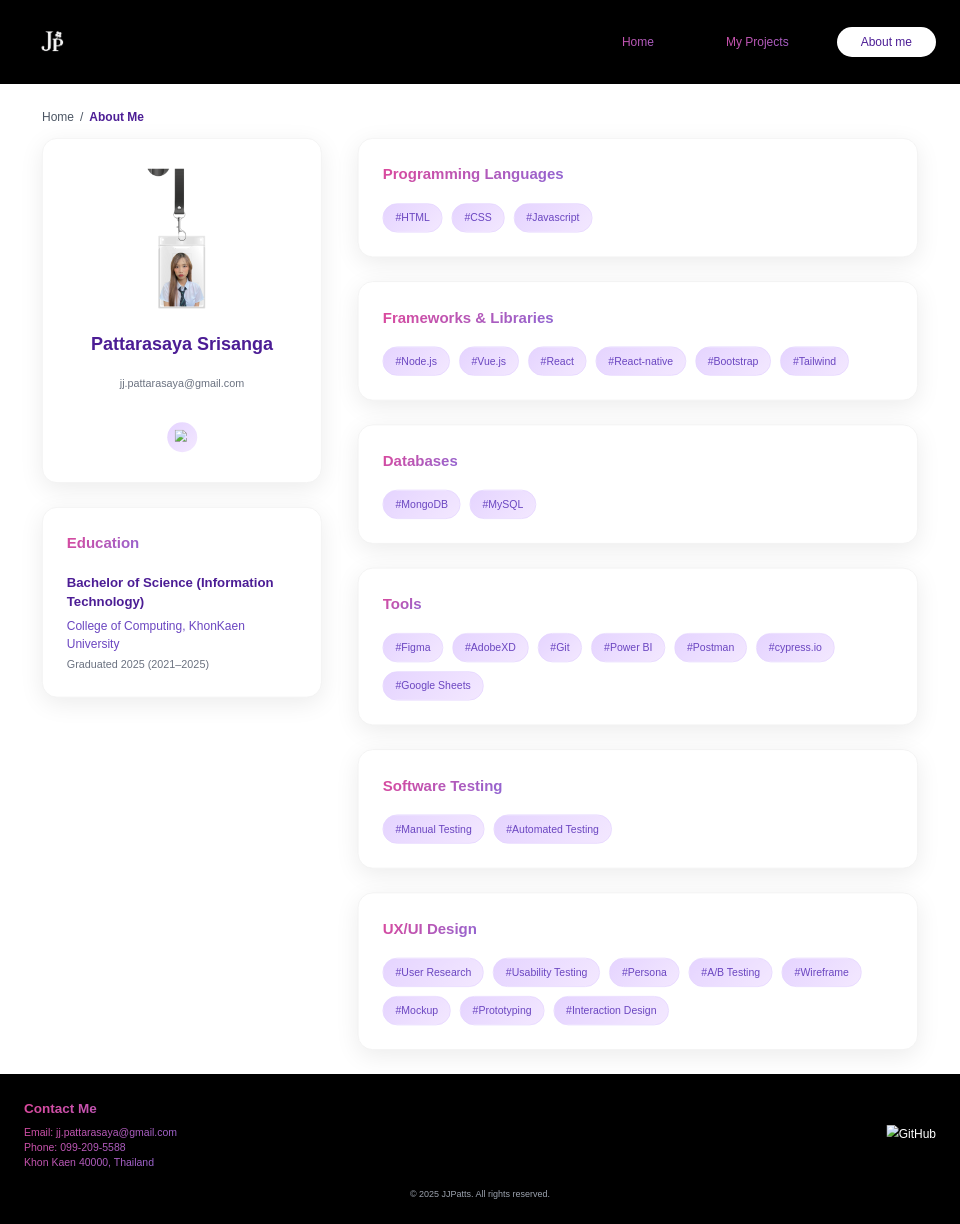
Repository: PattarasayaJJ/Portfolio-jjpatts
Page: /aboutme
These files come from the project's save history. The page is drawn as it stood at one moment and after the next save; the edit follows.
The browser window is 1280 px wide. The pictures show the whole page, at 75% of full size.
The project was rebuilt for these pictures with package versions that can differ from the ones it lists, and the page was loaded fresh each time. Also part of the build but not shown: vite.config.js, vite.config.ts, src/header.css, src/hero.css, src/components/Hero.jsx, src/projects.css, src/components/Works.jsx.

Above is the page before, as saved 2025-08-03 15:20:22.

### index.html
<!doctype html>
<html lang="en">
  <head>
    <meta charset="UTF-8" />
    <link rel="icon" type="image/svg+xml" href="/JPtab.png" />
    <meta name="viewport" content="width=device-width, initial-scale=1.0" />
    <title>JJPatts Portfolio</title>
  </head>
  <body>
    <div id="root"></div>
    <script type="module" src="/src/index.jsx"></script>
  </body>
</html>

### src/index.css
@import 'tailwindcss/base';
@import 'tailwindcss/components';
@import 'tailwindcss/utilities';
@import url('https://fonts.googleapis.com/css2?family=Kanit:wght@400;700&display=swap');

*{
   font-family: 'Kanit', sans-serif;

}

### src/App.jsx
import React from 'react';
import { BrowserRouter as Router, Routes, Route } from 'react-router-dom';
import { Header } from './components/Header';
import { Hero } from './components/Hero';
import { Works } from './components/Works';
import { Aboutme } from './components/Aboutme' ;
import { Footer } from './components/Footer';
export function App() {
  return (
    <Router>
      <div className="w-full min-h-screen bg-white">
        <Header />
        <main className="w-full">
          <Routes>
            <Route path="/" element={<><Hero /> </>} />
            <Route path="/works" element={<><Works /></>}/>
            <Route path="/aboutme" element={<Aboutme />} />


          </Routes>
        </main>
        <Footer />

      </div>
    </Router>
  );
}

### src/components/Header.jsx
import React, { useState } from 'react';
import { Link, useLocation } from 'react-router-dom';
import { MenuIcon, XIcon } from 'lucide-react';
import '../header.css';

export function Header() {
  const [isMenuOpen, setIsMenuOpen] = useState(false);
  const location = useLocation();

  const isActive = (path) => location.pathname === path;

  return (
    <header className="w-full bg-black py-4 px-8 relative">
      <div className="max-w-7xl mx-auto flex justify-between items-center">
        <Link to="/">
          <div className="flex items-center">
            <img src="/JP.png" alt="logo" className="w-20" />
          </div>
        </Link>

        <nav className="hidden md:flex space-x-8">
          <Link
            to="/"
            className={`font-medium px-8 py-2 rounded-full ${
              isActive('/') ? 'bg-white text-purple-600' : 'gradient-text'
            }`}
            style={isActive('/') ? { color: '#4c1d95' } : {}}
          >
            Home
          </Link>
          <Link
            to="/works"
            className={`font-medium px-8 py-2 rounded-full ${
              isActive('/works') ? 'bg-white text-purple-600' : 'gradient-text'
            }`}
            style={isActive('/works') ? { color: '#4c1d95' } : {}}
          >
            My Projects
          </Link>
          <Link
            to="/aboutme"
            className={`font-medium px-8 py-2 rounded-full ${
              isActive('/aboutme') ? 'bg-white text-purple-600' : 'gradient-text'
            }`}
            style={isActive('/aboutme') ? { color: '#4c1d95' } : {}}
          >
            About me
          </Link>
        </nav>

        <button className="md:hidden text-white" onClick={() => setIsMenuOpen(!isMenuOpen)}>
          {isMenuOpen ? <XIcon size={24} /> : <MenuIcon size={24} />}
        </button>
      </div>

      <div
        className={`
          fixed top-0 right-0 w-64 h-full bg-black z-50 transform transition-transform duration-300 ease-in-out
          ${isMenuOpen ? 'translate-x-0' : 'translate-x-full'}
          md:hidden
        `}
      >
        <div className="p-6">
          <button className="text-white mb-8" onClick={() => setIsMenuOpen(false)}>
            <XIcon size={24} />
          </button>
          <nav className="flex flex-col space-y-6">
            <Link
              to="/"
              className={`font-medium px-6 py-2 rounded-full block text-center ${
                isActive('/') ? 'bg-white text-purple-600' : 'gradient-text'
              }`}
              style={isActive('/') ? { color: '#4c1d95' } : {}}
              onClick={() => setIsMenuOpen(false)}
            >
              Home
            </Link>
            <Link
              to="/works"
              className={`font-medium px-6 py-2 rounded-full block text-center ${
                isActive('/works') ? 'bg-white text-purple-600' : 'gradient-text'
              }`}
              style={isActive('/works') ? { color: '#4c1d95' } : {}}
              onClick={() => setIsMenuOpen(false)}
            >
              My Projects
            </Link>
            <Link
              to="/aboutme"
              className={`font-medium px-6 py-2 rounded-full block text-center ${
                isActive('/aboutme') ? 'bg-white text-purple-600' : 'gradient-text'
              }`}
              style={isActive('/aboutme') ? { color: '#4c1d95' } : {}}
              onClick={() => setIsMenuOpen(false)}
            >
              About me
            </Link>
          </nav>
        </div>
      </div>

      {isMenuOpen && (
        <div
          className="fixed inset-0 bg-black bg-opacity-50 z-40 md:hidden"
          onClick={() => setIsMenuOpen(false)}
        />
      )}
    </header>
  );
}

### src/components/Aboutme.jsx
import React from 'react';
import '../aboutme.css';

export function Aboutme() {
  const skills = [
    { name: '#HTML', type: 'tool' },
    { name: '#CSS', type: 'tool' },
    { name: '#Javascript', type: 'tool' },
  ];

  const frame = [
    { name: '#Node.js', type: 'tool' },
    { name: '#Vue.js', type: 'tool' },
    { name: '#React', type: 'tool' },
    { name: '#React-native', type: 'tool' },
    { name: '#Bootstrap', type: 'tool' },
    { name: '#Tailwind', type: 'tool' },
  ];

  const database = [
    { name: '#MongoDB', type: 'tool' },
    { name: '#MySQL', type: 'tool' },
  ];

  const tools = [
    { name: '#Figma', type: 'tool' },
    { name: '#AdobeXD', type: 'tool' },
    { name: '#Git', type: 'tool' },
    { name: '#Power BI', type: 'tool' },
    { name: '#Postman', type: 'tool' },
    { name: '#cypress.io', type: 'tool' },
    { name: '#Google Sheets', type: 'tool' },
  ];

  const uxui = [
    { name: '#User Research', type: 'ux' },
    { name: '#Usability Testing', type: 'ux' },
    { name: '#Persona', type: 'ux' },
    { name: '#A/B Testing', type: 'ux' },
    { name: '#Wireframe', type: 'ux' },
    { name: '#Mockup', type: 'ux' },
    { name: '#Prototyping', type: 'ux' },
    { name: '#Interaction Design', type: 'ux' },
  ];

  const tester = [
    { name: '#Manual Testing', type: 'ux' },
    { name: '#Automated Testing', type: 'ux' },
  ];

  return (
    <div className="about-container">
      <nav className="breadcrumb">
        <a href="/" className="breadcrumb-link">
          Home
        </a>
        <span className="breadcrumb-separator">/</span>
        <span className="breadcrumb-current">About Me</span>
      </nav>

      <div className="about-content">
        {/* Profile Section */}
        <div className="profile-section">
          <div className="profile-card">
            <div className="avatar-container">
              <div className="avatar-wrapper">
                <img
                  src="/nongjj.png"
                  alt="Profile"
                  className="avatar-img"
                />
              </div>
              <h2 className="profile-name">Pattarasaya Srisanga</h2>
              <p className="email">jj.pattarasaya@gmail.com</p>

              <div className="social-icons">
                <a href="https://github.com/PattarasayaJJ" target="_blank" rel="noopener noreferrer" className="social-link">
                  <img src="https://github.githubassets.com/favicons/favicon.png" alt="GitHub" />
                </a>
              </div>
            </div>
          </div>

          {/* Education Section */}
          <div className="education-card">
            <h3 className="section-title">
              <span className="gradient-text">Education</span>
            </h3>
            <div className="education-content">
              <h4 className="degree">Bachelor of Science (Information Technology)</h4>
              <p className="university">College of Computing, KhonKaen University</p>
              <p className="graduation">Graduated 2025 (2021–2025)</p>
            </div>
          </div>
        </div>

        {/* Skills Section */}
        <div className="skills-section">
          <div className="skills-grid">
            {/* Programming Languages */}
            <div className="skill-category">
              <h3 className="category-title">
                <span className="gradient-text">Programming Languages</span>
              </h3>
              <div className="skills-list">
                {skills.map((skill, index) => (
                  <span className="skill-tag" key={index}>
                    {skill.name}
                  </span>
                ))}
              </div>
            </div>

            {/* Frameworks & Libraries */}
            <div className="skill-category">
              <h3 className="category-title">
                <span className="gradient-text">Frameworks & Libraries</span>
              </h3>
              <div className="skills-list">
                {frame.map((skill, index) => (
                  <span className="skill-tag" key={index}>
                    {skill.name}
                  </span>
                ))}
              </div>
            </div>

            {/* Databases */}
            <div className="skill-category">
              <h3 className="category-title">
                <span className="gradient-text">Databases</span>
              </h3>
              <div className="skills-list">
                {database.map((skill, index) => (
                  <span className="skill-tag" key={index}>
                    {skill.name}
                  </span>
                ))}
              </div>
            </div>

            {/* Tools */}
            <div className="skill-category">
              <h3 className="category-title">
                <span className="gradient-text">Tools</span>
              </h3>
              <div className="skills-list">
                {tools.map((skill, index) => (
                  <span className="skill-tag" key={index}>
                    {skill.name}
                  </span>
                ))}
              </div>
            </div>

            {/* Software Testing */}
            <div className="skill-category">
              <h3 className="category-title">
                <span className="gradient-text">Software Testing</span>
              </h3>
              <div className="skills-list">
                {tester.map((skill, index) => (
                  <span className="skill-tag" key={index}>
                    {skill.name}
                  </span>
                ))}
              </div>
            </div>

            {/* UX/UI Design */}
            <div className="skill-category">
              <h3 className="category-title">
                <span className="gradient-text">UX/UI Design</span>
              </h3>
              <div className="skills-list">
                {uxui.map((skill, index) => (
                  <span className="skill-tag" key={index}>
                    {skill.name}
                  </span>
                ))}
              </div>
            </div>
          </div>
        </div>
      </div>
    </div>
  );
}

### src/components/Footer.jsx
import React from 'react';

export function Footer() {
  return (
    <footer className="w-full bg-black text-white py-8 px-8">
  <div className="max-w-7xl mx-auto flex flex-col md:flex-row justify-between items-center space-y-6 md:space-y-0">

        <div className="text-center md:text-left gradient-text ">
          <h2 className="text-lg font-semibold">Contact Me</h2>
          <p className="text-sm mt-2">Email: jj.pattarasaya@gmail.com</p>
          <p className="text-sm">Phone: 099-209-5588</p>
          <p className="text-sm">Khon Kaen 40000, Thailand</p>

        </div>

        <div className="flex space-x-4 ">
        <a href="https://github.com/PattarasayaJJ" target="_blank" rel="noopener noreferrer">
        <img src="https://github.githubassets.com/favicons/favicon.png" alt="GitHub" />

  </a>

        </div>
      </div>

      <div className="text-center text-xs text-gray-400 mt-6 ">
        © {new Date().getFullYear()} JJPatts. All rights reserved.
      </div>
    </footer>
  );
}

### src/work.css
.projects-section {
  width: 100%;
  max-width: 1200px;
  margin: 0 auto;
  padding: 2rem 1rem;
  background-color: #ffffff;
}

.projects-container {
  display: flex;
  flex-direction: column;
  gap: 3rem;
}

.breadcrumb {
  margin-bottom: 2rem;
  font-size: 0.9rem;
  color: #666;
}

.breadcrumb-link {
  color: #666;
  text-decoration: none;
}

.breadcrumb-link:hover {
  color: #333;
}

.breadcrumb-separator {
  margin: 0 0.5rem;
}

.breadcrumb-current {
  color: #333;
  font-weight: 500;
}

.final-project-text {
  text-align: left;
}

.project-title {
  font-size: 2rem;
  font-weight: 700;
  color: #DD489B;
  margin: 0;
  list-style: none;
}

.project-title li {
  list-style: none;
}

.gradient-text {
  background: linear-gradient(135deg, #DD489B, #9067D3);
  -webkit-background-clip: text;
  -webkit-text-fill-color: transparent;
  background-clip: text;
}

/* Project Card */
.project-card {
  background: #ffffff;
  border-radius: 20px;
  padding: 3rem;
  box-shadow: 0 8px 32px rgba(0, 0, 0, 0.08);
  border: 1px solid #f0f0f0;
  display: flex;
  flex-direction: column;
  gap: 2rem;
}

/* Project Images */
.project-images {
  display: flex;
  justify-content: center;
  gap: 2rem;
  margin-bottom: 1rem;
}

.project-images.single {
  justify-content: center;
}

.project-images.single .project-image {
  max-width: 600px;
}

.project-image {
  max-width: 400px;
  width: 100%;
  height: auto;
  border-radius: 12px;
  box-shadow: 0 8px 24px rgba(0, 0, 0, 0.12);
  transition: transform 0.3s ease, box-shadow 0.3s ease;
}

.project-image:hover {
  transform: translateY(-4px);
  box-shadow: 0 12px 32px rgba(0, 0, 0, 0.16);
}

/* Project Content */
.project-content {
  text-align: center;
  display: flex;
  flex-direction: column;
  gap: 1.5rem;
}

.project-name {
  font-size: 1.25rem;
  line-height: 1.6;
  color: #4c1d95;
  margin: 0;
  font-weight: 400;
}

.highlight {
  font-weight: 700;
  color: #6b46c1;
}

/* Skills List */
.skills-list {
  display: flex;
  flex-wrap: wrap;
  gap: 0.75rem;
  margin-top: 1rem;
}

.skill-tag {
  background: linear-gradient(135deg, #e5d4ff, #f3e8ff);
  color: #6b46c1;
  padding: 0.5rem 1rem;
  border-radius: 20px;
  font-size: 0.875rem;
  font-weight: 500;
  border: 1px solid #e5d4ff;
  transition: all 0.3s ease;
}

.skill-tag:hover {
  background: linear-gradient(135deg, #ddd6fe, #e5d4ff);
  transform: translateY(-2px);
  box-shadow: 0 4px 12px rgba(107, 70, 193, 0.2);
}

/* Responsive Design */
@media (max-width: 1024px) {
  .project-images {
    gap: 1.5rem;
  }

  .project-image {
    max-width: 350px;
  }
}

@media (max-width: 768px) {
  .projects-section {
    padding: 1.5rem 1rem;
  }

  .project-card {
    padding: 2rem 1.5rem;
  }

  .project-images {
    flex-direction: column;
    align-items: center;
    gap: 1.5rem;
  }

  .project-image {
    max-width: 100%;
    width: 100%;
  }

  .project-images.single .project-image {
    max-width: 100%;
  }

  .project-title {
    font-size: 1.5rem;
  }

  .project-name {
    font-size: 1.1rem;
    text-align: left;
  }

  .skills-list {
    justify-content: flex-start;
  }
}

@media (max-width: 480px) {
  .project-card {
    padding: 1.5rem 1rem;
  }

  .project-name {
    font-size: 1rem;
  }

  .skill-tag {
    font-size: 0.75rem;
    padding: 0.4rem 0.8rem;
  }
}

### src/aboutme.css
.about-container {
  max-width: 1200px;
  margin: 0 auto;
  padding: 2rem 1rem;
  background-color: #ffffff;
}

/* Breadcrumb */
.breadcrumb {
  margin-bottom: 1rem;
  font-size: 1rem;
  color: #4B5563;
  display: flex;
  align-items: center;
}

.breadcrumb-link {
  color: #4B5563;
  text-decoration: none;
}

.breadcrumb-link:hover {
  text-decoration: underline;
}


.breadcrumb-separator {
  margin: 0 0.5rem;
}

.breadcrumb-current {
  font-weight: bold;
  color: #4c1d95;
}

/* Main Content Layout */
.about-content {
  display: grid;
  grid-template-columns: 1fr 2fr;
  gap: 3rem;
  align-items: start;
}

/* Profile Section */
.profile-section {
  display: flex;
  flex-direction: column;
  gap: 2rem;
}

.profile-card {
  background: #ffffff;
  border-radius: 20px;
  padding: 2.5rem;
  box-shadow: 0 8px 32px rgba(0, 0, 0, 0.08);
  border: 1px solid #f0f0f0;
  text-align: center;
}

.avatar-container {
  display: flex;
  flex-direction: column;
  align-items: center;
  gap: 1rem;
}

.avatar-wrapper {
  width: 200px;
  height: 200px;
  transition: transform 0.3s ease;
}

.avatar-wrapper:hover {
  transform: scale(1.05);
}

.avatar-img {
  width: 100%;
  height: 100%;
  object-fit: contain;
}

.profile-name {
  font-size: 1.5rem;
  font-weight: 700;
  color: #4c1d95;
  margin: 0;
}

.profile-title {
  font-size: 1rem;
  color: #6b46c1;
  margin: 0;
  font-weight: 500;
}

.email {
  font-size: 0.9rem;
  color: #6b7280;
  margin: 0.5rem 0;
}

.social-icons {
  display: flex;
  justify-content: center;
  gap: 1rem;
  margin-top: 1rem;
}

.social-link {
  display: flex;
  align-items: center;
  justify-content: center;
  width: 40px;
  height: 40px;
  background: linear-gradient(135deg, #e5d4ff, #f3e8ff);
  border-radius: 50%;
  transition: all 0.3s ease;
}

.social-link:hover {
  background: linear-gradient(135deg, #ddd6fe, #e5d4ff);
  transform: translateY(-2px);
  box-shadow: 0 4px 12px rgba(107, 70, 193, 0.3);
}

.social-icons img {
  width: 20px;
  height: 20px;
}

/* Education Card */
.education-card {
  background: #ffffff;
  border-radius: 20px;
  padding: 2rem;
  box-shadow: 0 8px 32px rgba(0, 0, 0, 0.08);
  border: 1px solid #f0f0f0;
}

.education-content {
  margin-top: 1rem;
}

.degree {
  font-size: 1.1rem;
  font-weight: 600;
  color: #4c1d95;
  margin: 0 0 0.5rem 0;
}

.university {
  font-size: 1rem;
  color: #6b46c1;
  margin: 0 0 0.25rem 0;
}

.graduation {
  font-size: 0.9rem;
  color: #6b7280;
  margin: 0;
}

/* Skills Section */
.skills-section {
  display: flex;
  flex-direction: column;
}

.skills-grid {
  display: grid;
  grid-template-columns: 1fr;
  gap: 2rem;
}

.skill-category {
  background: #ffffff;
  border-radius: 20px;
  padding: 2rem;
  box-shadow: 0 8px 32px rgba(0, 0, 0, 0.08);
  border: 1px solid #f0f0f0;
}

.section-title,
.category-title {
  font-size: 1.25rem;
  font-weight: 600;
  margin: 0 0 1.5rem 0;
  display: flex;
  align-items: center;
}

.gradient-text {
  background: linear-gradient(135deg, #DD489B, #9067D3);
  -webkit-background-clip: text;
  -webkit-text-fill-color: transparent;
  background-clip: text;
}

.skills-list {
  display: flex;
  flex-wrap: wrap;
  gap: 0.75rem;
}

.skill-tag {
  background: linear-gradient(135deg, #e5d4ff, #f3e8ff);
  color: #6b46c1;
  padding: 0.5rem 1rem;
  border-radius: 20px;
  font-size: 0.875rem;
  font-weight: 500;
  border: 1px solid #e5d4ff;
  transition: all 0.3s ease;
  cursor: default;
}

.skill-tag:hover {
  background: linear-gradient(135deg, #ddd6fe, #e5d4ff);
  transform: translateY(-2px);
  box-shadow: 0 4px 12px rgba(107, 70, 193, 0.2);
}

/* Responsive Design */
@media (max-width: 1024px) {
  .about-content {
    grid-template-columns: 1fr;
    gap: 2rem;
  }

  .skills-grid {
    grid-template-columns: repeat(2, 1fr);
  }
}

@media (max-width: 768px) {
  .about-container {
    padding: 1.5rem 1rem;
  }

  .about-content {
    gap: 1.5rem;
  }

  .skills-grid {
    grid-template-columns: 1fr;
    gap: 1.5rem;
  }

  .profile-card,
  .education-card,
  .skill-category {
    padding: 1.5rem;
  }

  .avatar-wrapper {
    width: 150px;
    height: 150px;
  }

  .profile-name {
    font-size: 1.25rem;
  }

  .profile-title {
    font-size: 0.9rem;
  }

  .section-title,
  .category-title {
    font-size: 1.1rem;
  }

  .skill-tag {
    font-size: 0.8rem;
    padding: 0.4rem 0.8rem;
  }
}

@media (max-width: 480px) {

  .profile-card,
  .education-card,
  .skill-category {
    padding: 1.25rem;
  }

  .avatar-wrapper {
    width: 120px;
    height: 120px;
  }

  .profile-name {
    font-size: 1.1rem;
  }

  .skills-list {
    gap: 0.5rem;
  }

  .skill-tag {
    font-size: 0.75rem;
    padding: 0.35rem 0.7rem;
  }
}

Loaded but not shown: src/index.jsx (common file); tailwind.config.js (common file)

After the next save:
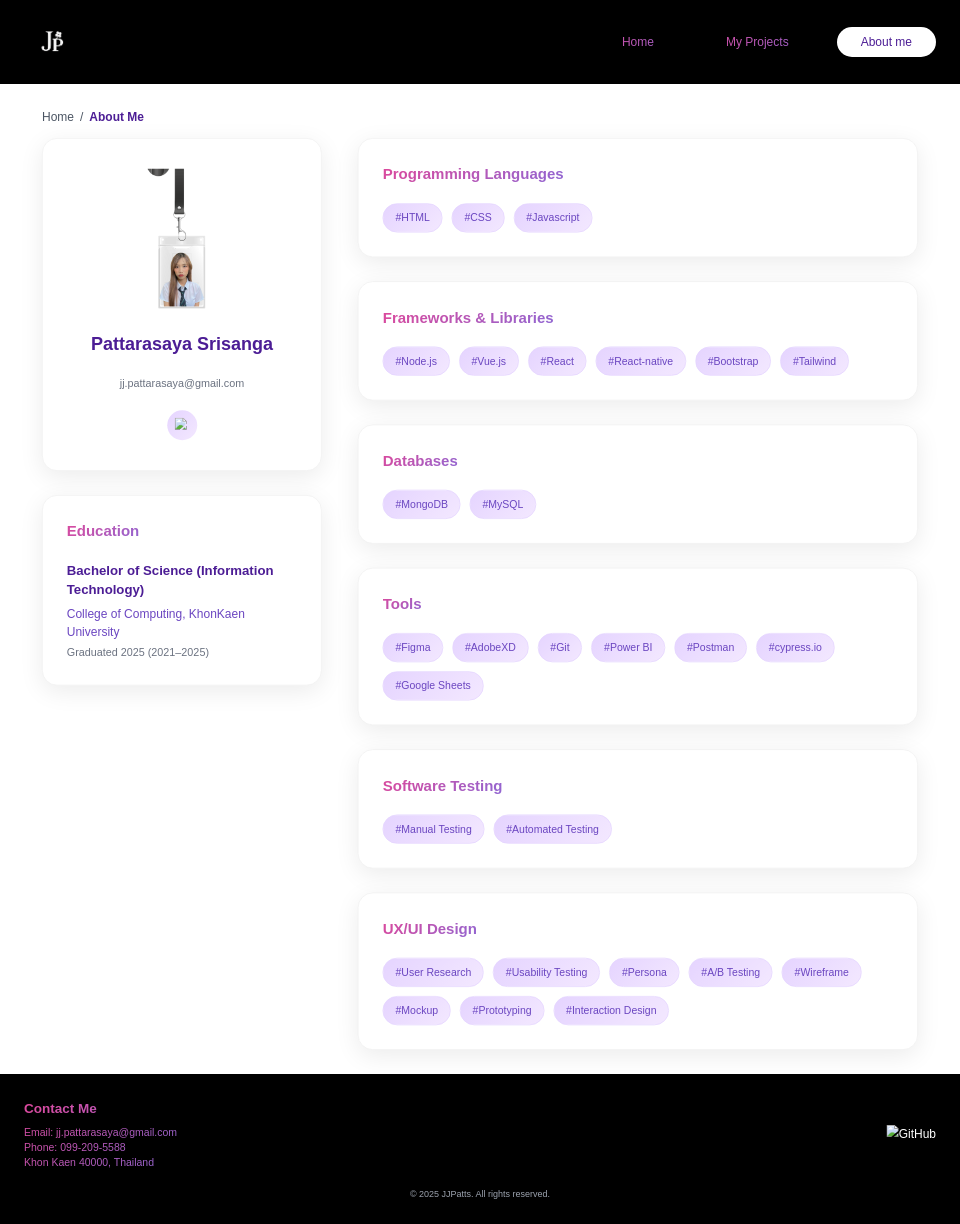
Saved 18 s later.
--- a/src/aboutme.css
+++ b/src/aboutme.css
@@ -104,7 +104,6 @@
   display: flex;
   justify-content: center;
   gap: 1rem;
-  margin-top: 1rem;
 }
 
 .social-link {
